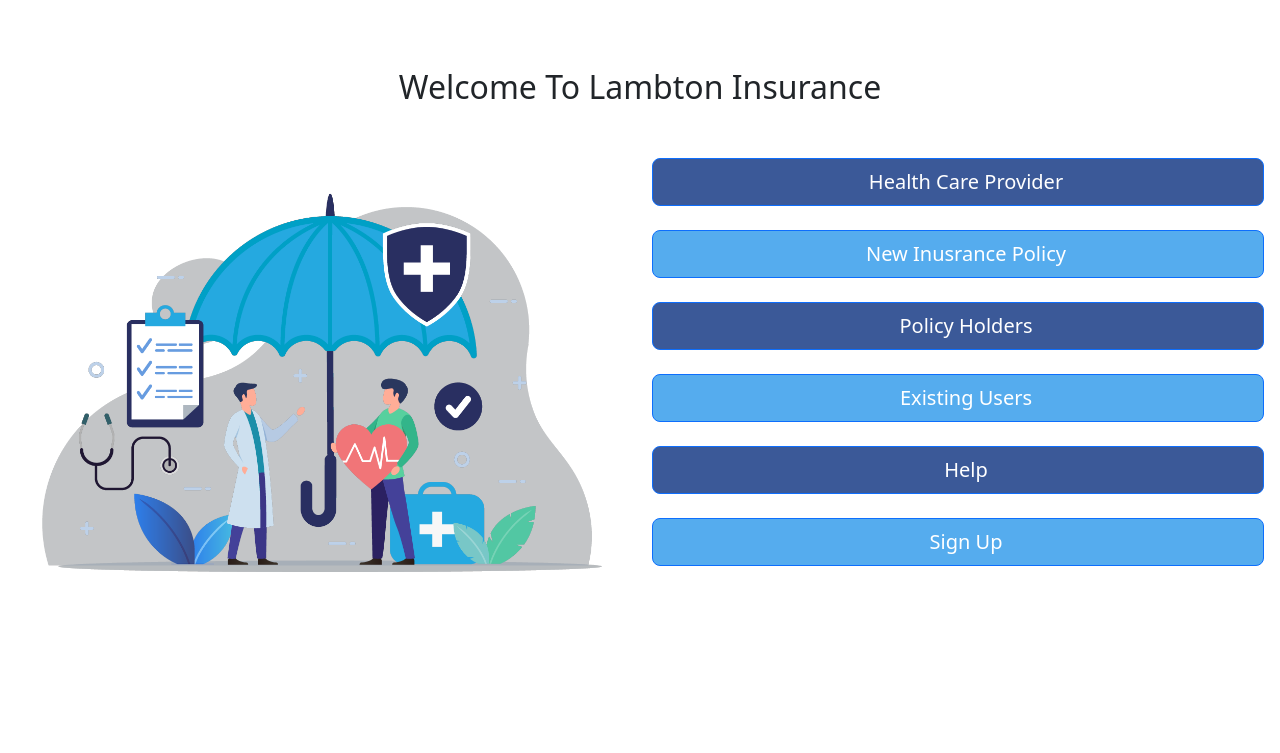
Repository: Puttaz/InsuranceGUI_React
Page: /index (app in client/)
The author's editor kept a copy of each file at every save. The page is drawn from the files as they stood at one save, then again after the next save.
The browser window is 1280 px wide. The pictures show the whole page.
The project was rebuilt for these pictures with package versions that can differ from the ones it lists, and the page was loaded fresh each time. Also part of the build but not shown: client/vite.config.js, client/src/Index.css, client/src/Users.jsx, client/src/CreateUser.jsx, client/src/UpdateUser.jsx.

Above is the page before, as saved 2023-12-06 17:45:47.

### client/src/App.jsx
import { useState } from 'react'
import './App.css'
import {BrowserRouter, Routes, Route} from 'react-router-dom'
import 'bootstrap/dist/css/bootstrap.min.css'
import Index from './Index'
import Users from './Users'
import CreateUser from './CreateUser'
import UpdateUser from './UpdateUser'

function App() {
  const [count, setCount] = useState(0)

  return (
    <div>
      <BrowserRouter>
        <Routes>
          <Route path='/index' element = {<Index />}></Route>
          <Route path='/viewusers' element = {<Users />}></Route>
          <Route path='/createuser' element = {<CreateUser />}></Route>
          <Route path='/updateuser/:id' element = {<UpdateUser />}></Route>
        </Routes>
      </BrowserRouter>
    </div>
  )
}

export default App

### client/src/Index.jsx
import React from 'react';
import './App.css'; // Import your CSS file for styling
import Homepage from "./Homepage.png";
import './Index.css'

import {
  MDBContainer,
  MDBCol,
  MDBRow,
  MDBBtn,
  MDBIcon,
  MDBInput,
  MDBCheckbox
}
from 'mdb-react-ui-kit';

function App() {
  return (
    <MDBContainer fluid className="p-3 my-5">
      <div className="text-center">
      <h2 className="mt-1 mb-5 pb-1">Welcome To Lambton Insurance</h2>
      </div>
      <MDBRow>

        <MDBCol col='10' md='6'>

          <img src={Homepage}
          class="img-fluid" alt="home image" />
        </MDBCol>

        <MDBCol col='4' md='6'>

          <MDBBtn className="mb-4 w-100" size="lg" style={{backgroundColor: '#3b5998'}}>
            <MDBIcon fab icon="facebook-f" className="mx-2"/>
            Health Care Provider
          </MDBBtn>

          <MDBBtn className="mb-4 w-100" size="lg" style={{backgroundColor: '#55acee'}}>
            <MDBIcon fab icon="twitter" className="mx-2"/>
            New Inusrance Policy
          </MDBBtn>

          <MDBBtn className="mb-4 w-100" size="lg" style={{backgroundColor: '#3b5998'}}>
            <MDBIcon fab icon="facebook-f" className="mx-2"/>
            Policy Holders
          </MDBBtn>

          <MDBBtn className="mb-4 w-100" size="lg" style={{backgroundColor: '#55acee'}}>
            <MDBIcon fab icon="twitter" className="mx-2"/>
            Existing Users
          </MDBBtn>

          <MDBBtn className="mb-4 w-100" size="lg" style={{backgroundColor: '#3b5998'}}>
            <MDBIcon fab icon="facebook-f" className="mx-2"/>
            Help
          </MDBBtn>

          <MDBBtn className="mb-4 w-100" size="lg" style={{backgroundColor: '#55acee'}}>
            <MDBIcon fab icon="twitter" className="mx-2"/>
            Sign Up
          </MDBBtn>

        </MDBCol>

      </MDBRow>

    </MDBContainer>
  );
}

export default App;

Loaded but not shown: client/index.html (common file); client/src/main.jsx (common file); client/src/App.css (no stored copy; drawn as an empty file)

After the next save:
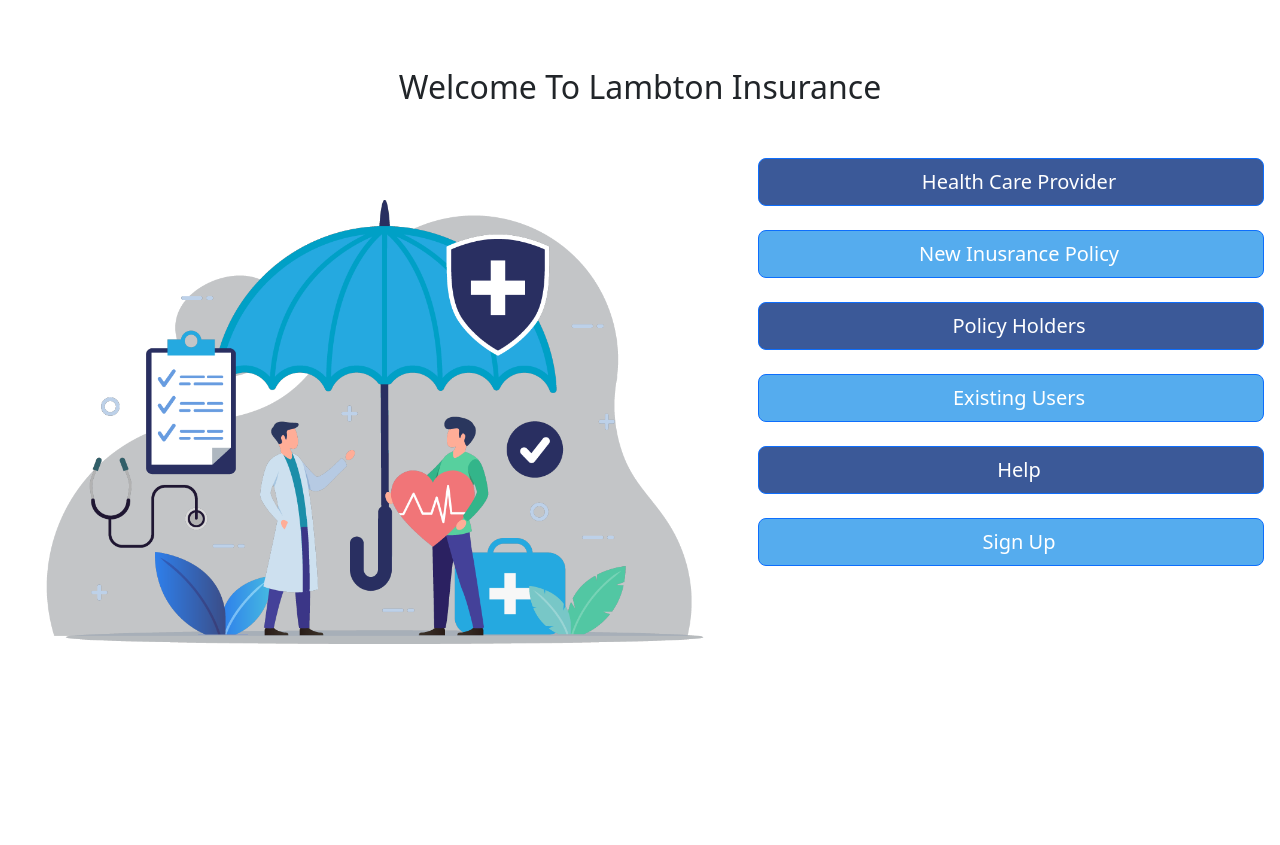
Saved 20 s later.
--- a/client/src/Index.jsx
+++ b/client/src/Index.jsx
@@ -22,13 +22,13 @@ function App() {
       </div>
       <MDBRow>
 
-        <MDBCol col='10' md='6'>
+        <MDBCol col='10' md='7'>
 
           <img src={Homepage}
           class="img-fluid" alt="home image" />
         </MDBCol>
 
-        <MDBCol col='4' md='6'>
+        <MDBCol col='4' md='5'>
 
           <MDBBtn className="mb-4 w-100" size="lg" style={{backgroundColor: '#3b5998'}}>
             <MDBIcon fab icon="facebook-f" className="mx-2"/>
